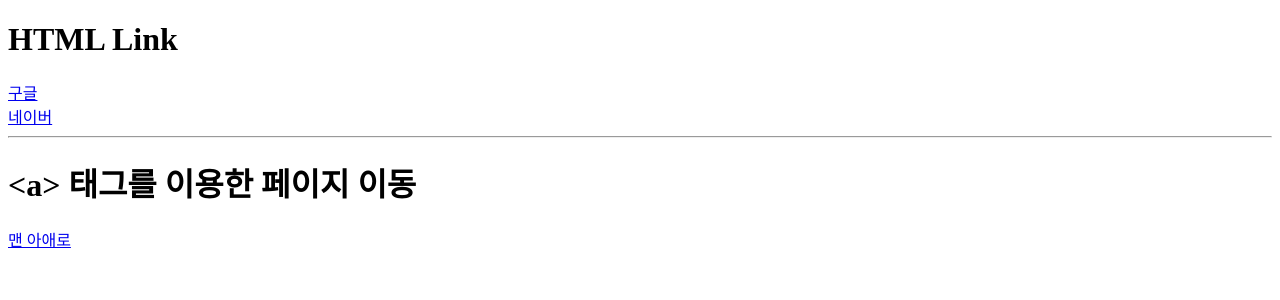
Repository: XenosJM/WEB_CODES
Page: Web01_HTML/src/main/webapp/07_link.html
These files come from the project's save history. The page is drawn as it stood at one moment and after the next save; the edit follows.
The browser window is 1280 px wide. The pictures show the whole page.

Above is the page before, as saved 2024-03-19 05:12:15.

After the next save:
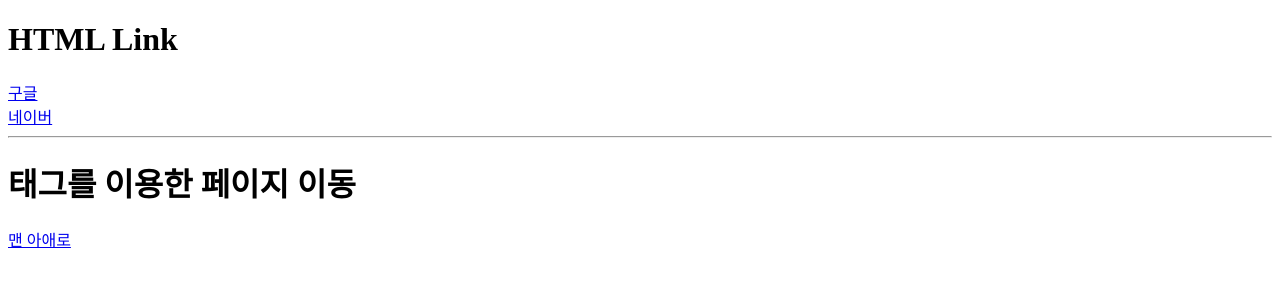
Saved 71 s later.
--- a/Web01_HTML/src/main/webapp/07_link.html
+++ b/Web01_HTML/src/main/webapp/07_link.html
@@ -12,7 +12,7 @@
 
 	<hr>
 
-	<h1>&lt;a&gt; 태그를 이용한 페이지 이동</h1>
+	<h1><a> 태그를 이용한 페이지 이동</h1>
 	<a href="#bottom">맨 아애로</a><br>
 
 

After the 2 saves that followed:
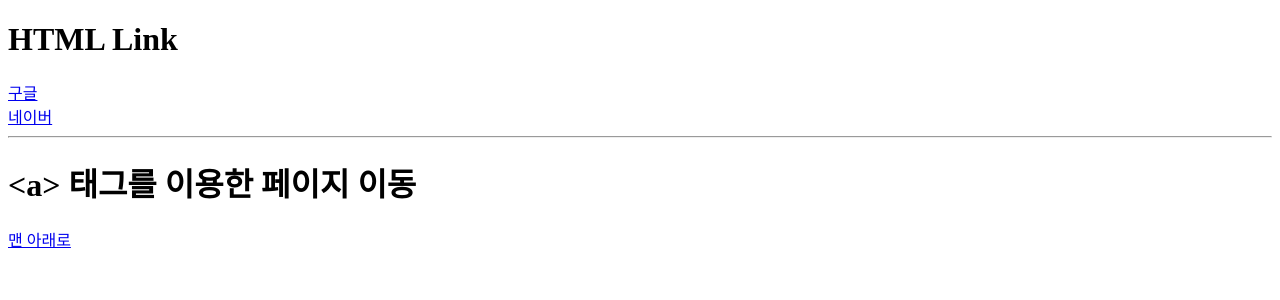
The 2 saves are shown as one change because they came seconds apart.
The last was saved 35 s later.
--- a/Web01_HTML/src/main/webapp/07_link.html
+++ b/Web01_HTML/src/main/webapp/07_link.html
@@ -12,8 +12,8 @@
 
 	<hr>
 
-	<h1><a> 태그를 이용한 페이지 이동</h1>
-	<a href="#bottom">맨 아애로</a><br>
+	<h1>&lt;a&gt; 태그를 이용한 페이지 이동</h1>
+	<a href="#bottom">맨 아래로</a><br>
 
 
 </body>
